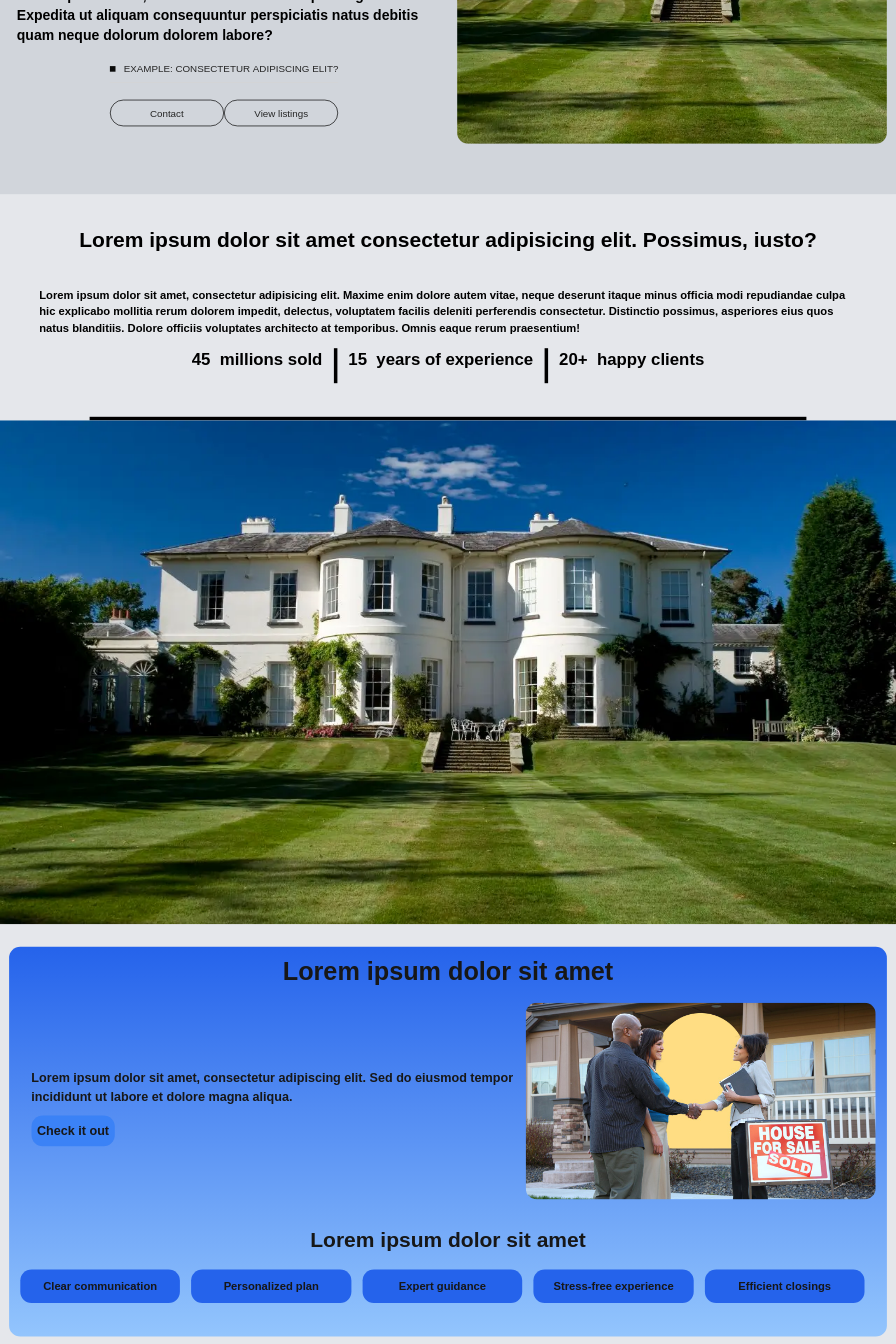
Repository: TMuse333/single-page-real-estate
Page: / (app in frontend/)
An editor plug-in stored every save of this project. The page is shown before and after the next save, followed by the edit.
The browser window is 1280 px wide. The pictures show the part of the page from y = 378 to 2298 px (the page is 6112 px tall), at 70% of full size.
The project was rebuilt for these pictures with package versions that can differ from the ones it lists, and the page was loaded fresh each time. The framework's server and built-in components were replaced by stand-ins that run in the browser. Also part of the build but not shown: frontend/next.config.mjs.

Above is the page before, as saved 2024-12-05 15:56:53.

### frontend/src/app/layout.tsx
import { ContextProvider } from "@/context/context";
import type { Metadata } from "next";
import localFont from "next/font/local";
import "./globals.css";

const geistSans = localFont({
  src: "./fonts/GeistVF.woff",
  variable: "--font-geist-sans",
  weight: "100 900",
});
const geistMono = localFont({
  src: "./fonts/GeistMonoVF.woff",
  variable: "--font-geist-mono",
  weight: "100 900",
});

export const metadata: Metadata = {
  title: "Bonnie Hutchins",
  description: "A sample website for Bonnie Hutchins",
};

export default function RootLayout({
  children,
}: Readonly<{
  children: React.ReactNode;
}>) {
  return (
    <html lang="en">
      <ContextProvider>


      <body
        className={`${geistSans.variable} ${geistMono.variable} antialiased`}
      >
        {children}
      </body>
      </ContextProvider>
    </html>
  );
}

### frontend/src/app/page.tsx
"use client"


import AuroraHero from "../components/auroraHero/auroraHero";
import CountUpStats from "../components/countUpStats/countUpStats";
import ExperienceCard from "../components/experienceCard/experienceCard";
import { experienceCard1, experienceCard2 ,experienceCard3,
 displayBox1, displayBox2,blogData, closingStatement, contactCard} from "@/data/data";
// import ImageTextBox from "./components/imageTextBox/imageTextBox";
import DisplayBoxes from "../components/displayBox/displayBox";
import Testimonials from "../components/testimonials/testimonials";
import ScrollCarousel from "../components/scrollCarousel/scrollCarousel";
import Closer from "../components/closer/closer";
import BigNav from "../components/navbar/bigNav";
import Footer2 from "../components/footer/footer";
import ContactCard from "../components/contactCard/contactCard";
import Herobanner from "@/components/herobanner/herobanner";
import home from '../../public/home.webp'
import ScaleImage from "@/components/scaleImage/scaleImage";
export default function Home() {
  return (
    <>

   <main className="relative w-screen overflow-x-hidden
   bg-gray-200 ">
   <BigNav
    excludedLink=""
    />
    {/* <AuroraHero/> */}
    <Herobanner/>
    <CountUpStats
    number1="45"
    number2="15.5"
    number3="20"/>

    <ScaleImage
    src={home.src}
    alt={'slat'}
    />

{/* <ExperienceCard
    {...experienceCard2}
    />

    <DisplayBoxes
    data={displayBox1}
    /> */}



<ExperienceCard
    {...experienceCard3}
    />



    <DisplayBoxes
    data={displayBox2}
    />

  <ExperienceCard
    {...experienceCard1}
    />

    <Testimonials/>

    <ScrollCarousel
    images={blogData}
    bgImage
    />



    <Closer
    {...closingStatement}
    />

<ContactCard
    {...contactCard}
    />

    <Footer2
    excludedLink=""
    />


   </main>
   </>
  );
}

### frontend/src/context/context.tsx
"use client"

import React, { createContext, useState, useContext, ReactNode, useEffect } from 'react';

// Define the type for the context value
interface GeneralContextType {

  isMobile: boolean;
  setIsMobile: React.Dispatch<React.SetStateAction<boolean>>;
  heroInView: boolean;
  setHeroInView: React.Dispatch<React.SetStateAction<boolean>>;


}

// Create the context
export const GeneralContext = createContext<GeneralContextType | undefined>(undefined);

// Create a provider component
export const ContextProvider: React.FC<{ children: ReactNode }> = ({ children }) => {
  // Initialize the value state


  // Detect mobile devices
  const [isMobile, setIsMobile] = useState<boolean>(true);

const [heroInView, setHeroInView] = useState(true)





  useEffect(() => {
    const handleScroll = () => {
      if (typeof window !== 'undefined') {
        setIsMobile(window.innerWidth <= 865);
      }
    };

    if (typeof window !== 'undefined') {
      window.addEventListener('scroll', handleScroll);
      handleScroll(); // Initial check
    }

    return () => {
      if (typeof window !== 'undefined') {
        window.removeEventListener('scroll', handleScroll);
      }
    };
  }, []);


  useEffect(() => {
    console.log('is mobile', isMobile);
  }, [isMobile]);

  const contextValue = {

    isMobile,
    setIsMobile,
    heroInView, setHeroInView

  };

  return <GeneralContext.Provider value={contextValue}>{children}</GeneralContext.Provider>;
};

export const useGeneralContext = (): GeneralContextType => {
  const context = useContext(GeneralContext);
  if (!context) {
    throw new Error('useGeneralContext must be used within a ContextProvider');
  }
  return context;
};

### frontend/src/components/countUpStats/countUpStats.tsx
"use client"
import React, {useRef} from "react";
import CountUp from "react-countup";
import { useInView} from 'framer-motion'

interface Props {
  number1: string;
  number2: string;
  number3: string;
}

const CountUpStats: React.FC<Props> = ({ number1, number2, number3 }) => {

    const ref = useRef(null)
    const inView = useInView(ref,{
        once:true
    })
  return (
    <>
    <section   ref={ref}
    className="mx-auto w-screen max-w-[1200px]
    text-black">
         <h2 className="text-center px-4 font-bold text-2xl sm:text-3xl
         my-12">Lorem ipsum dolor sit amet consectetur adipisicing elit. Possimus, iusto?</h2>
         <p className="font-semibold px-4">
            Lorem ipsum dolor sit amet, consectetur adipisicing elit. Maxime enim dolore autem vitae, neque deserunt itaque minus officia modi repudiandae culpa hic explicabo mollitia rerum dolorem impedit, delectus, voluptatem facilis deleniti perferendis consectetur. Distinctio possimus, asperiores eius quos natus blanditiis. Dolore officiis voluptates architecto at temporibus. Omnis eaque rerum praesentium!
         </p>

    <section

      className="flex mx-auto flex-col justify-center items-center mt-4
      md:flex-row font-semibold"
    >

      {/* Number 1 */}
      <div className="text-2xl mb-6 flex flex-col
      justify-center md:flex-row items-start ">
        <CountUp start={0}
          end={inView ? parseInt(number1) : 0}
         duration={2} />
         &nbsp; millions sold
         <div className="w-[50vw] h-[5px] bg-black mb-6
      md:h-[50px] md:w-[5px] mx-4 " />
      </div>

      {/* Divider */}


      {/* Number 2 */}
      <div className="text-2xl mb-6 flex flex-col
      justify-center md:flex-row items-start ">
        <CountUp start={0}
          end={inView ? parseInt(number2) : 0}
         duration={2} />
         &nbsp; years of experience
         <div className="w-[50vw] h-[5px] bg-black mb-6
      md:h-[50px] md:w-[5px] mx-4 " />
      </div>

      {/* Number 3 */}
      <div className="text-2xl mb-6 flex flex-col
      justify-center md:flex-row items-start mb-auto">
        <CountUp start={0}
          end={inView ? parseInt(number3) : 0}
         duration={2} />
         +&nbsp; happy clients

      </div>
    </section>
    </section>

    <div className="w-[80vw] max-w-[1200px]
    mx-auto h-[5px] bg-black"
    />

    </>
  );
};

export default CountUpStats;

### frontend/src/components/displayBox/displayBox.tsx
import React from "react";
import Image from 'next/image'
import Link from "next/link";


interface ElementProps {
    title:string,
    src:string,
    alt:string,
    description:string,
    buttonText:string,
    destination:string
}

const Element:React.FC<ElementProps> = ({
    title,src,alt,description,buttonText,
    destination
}) => {

    return (
        <section className="w-[90vw] mx-auto flex
        mt-2
        flex-col justify-center items-center relative

        sm:w-[45vw] max-w-[500px] mb-8">
            <h2 className="text-white text-center
            text-2xl mb-4 font-semibold">{title}</h2>
            <Image
            src={src}
            alt={alt}
            width={600}
            height={1300}
            className='w-[40vw]  h-[20vw]
            max-h-[150px] mx-auto object-contain
            max-w-[200px] bg-gray-300 rounded-2xl'
            />
            <p className="text-white my-4 font-semibold">{description}</p>
            <button className="bg-[#00bfff]
            p-2 rounded-2xl text-white">
                <Link href={destination}>
                    {buttonText}
                </Link>
            </button>


        </section>

    )
}

interface DisplayBoxProps {
    data:ElementProps[]
}

    const DisplayBoxes:React.FC<DisplayBoxProps> = ({
        data
    }) => {

        return (
            <section className="w-screen relative
            bg-gradient-to-b from-blue-400 to-blue-300 "
            >


            <section className="flex flex-col
            sm:grid grid-cols-2 justify-center
            items-center max-w-[1200px]
            mx-auto bg-gradient-to-b from-blue-400 to-blue-300
             pt-5">
                <div className="absolute
                top-1/2 w-full
                 sm:top-0
                left-1/2 -translate-x-1/2 h-[5px]
                 md:h-full
                sm:w-[5px] bg-white"/>
                {data.map((data, index) => (
                    <Element
                    {...data}
                    key={index}
                    />
                ))}
            </section>
            </section>

        )
    }


    export default DisplayBoxes

### frontend/src/components/closer/closer.tsx
"use client"

import React, { useRef} from "react";
import Link from "next/link";
import {motion, useInView} from 'framer-motion'
import Image from "next/image";


interface Props {
    image:string,
    title:string,
    description:string,
    buttonText:string,
    destination:string

}

const Closer: React.FC<Props> = ({image,title,description,
destination,buttonText}) => {

    const ref = useRef(null)

    const inView = useInView(ref,{
        once:true
    })

      const variants = {
        initial:{
            opacity:0,
            x:-100
        },
        animate:{
            x:0,
            opacity:1,
            transition:{
                opacity:{
                    duration:0.5
                }
            }
        }

      }

      const textVariants = {
        initial:{
            y:-20,
            opacity:0
        },
        animate:{
            opacity:1,
            y:0,
            transition:{
                delay:0.5
            }
        }
      }

    return (
        <motion.section ref={ref}

        className={`w-screen text-white h-[600px]
        relative flex flex-col items-center justify-center
        bg-center
        `}
        variants={variants}
        initial='initial'
        animate={inView ? 'animate' : 'initial'}
        >
            <Image src={image}
            alt="A background image of cash to signifies how you cash sell your houses fast for cash with ontario cash for houses"
            className='absolute w-full h-full
            object-cover'
                style={{
                    filter:'brightness(0.6)'
                }}
                width={600}
                height={1300}
            />

            <motion.div className="-mt-12 relative z-[4]"
              variants={textVariants}
              initial='initial'
              animate={inView ? 'animate' : 'initial'}>
            <motion.h4

            className="pl-4 text-3xl  ">{title}
            </motion.h4>

            <p className="mt-4 text-left pl-4 pr-4
            max-w-[800px] sm:text-xl ">{description}</p>

            <Link href={destination}
            passHref>
                <button className="mt-6 text-black
                bg-white ml-4 hover:bg-blue-500
                transition-all hover:text-white
                hover:scale-[1.05] p-3
                rounded-xl">
                {buttonText}
                </button>
            </Link>
            </motion.div>
        </motion.section>
    )
}

export default Closer

### frontend/src/components/contactCard/contactCard.tsx
import Image from "next/image";
import Link from "next/link";
import React from "react";



interface Props {
    src:string,
    alt:string,
    name:string,
    title:string
    description:string,
    quote:string
    phone:string,
    email:string,
    socials:{
        src:string,
        destination:string,
        alt:string
    }[]
}


const ContactCard:React.FC<Props> = ({
    src,alt,name,
    phone,email,socials,title,quote
}) => {


    return (
        <section className="mx-auto flex flex-col
        md:flex-row max-w-[1200px] my-12">
            <section className="text-center
            md:w-[33vw] max-w-[400px]">
                <h3 className="mb-2 font-bold
                text-3xl">{name}</h3>
                <h4 className="mb-2 font-semibold
                whitespace-pre-line">{title}</h4>
                <p className="mb-2 px-4">{quote}</p>
            </section>
            <section className="md:w-[33vw] max-w-[400px]">
                <Image
                src={src}
                alt={alt}
                className='w-[70vw]
                object-contain mx-auto
                max-w-[200px] hax-h-[250px]'
                width={600}
                height={1300}
                />
            </section>
            <section className="text-center  md:w-[33vw] max-w-[400px]">
                <h3 className="mb-2 text-2xl font-semibold">Contact Information</h3>
                <p className="mb-2 font-semibold">{phone}</p>
                <p className="mb-2 font-semibold whitespace-pre-line

                leading-6">{email}</p>
                {/* <ul className="flex items-center w-full
                ">
                    {socials.map((social,index)=>(
                        <li className="mx-auto"
                        key={index}
                        >
                            <Image
                            src={social.src}
                            alt={social.alt}
                            className='w-[100px]
                            object-contain'
                            width={600}
                            height={1300}
                            />
                            <Link
                            href={social.destination}
                            />
                        </li>
                    ))}
                </ul> */}
            </section>

        </section>
    )
}

export default ContactCard

### frontend/src/components/herobanner/herobanner.tsx
import Image from "next/image";
// import Link from "next/link";
import React from "react";
// import tom from '../../../public/thomas-full-body-1-nogb.png'
// import full from '../../../public/smile-tom.png'
import side from '../../../public/placeholder.png'
import home from '../../../public/home.webp'
import { TypeWriter } from "../typeWriter/typeWriter";
// import half from '../../../public/smiley-tom-half.png'
const Herobanner = () => {

    return (


       <header className="flex flex-col md:flex-row
       md:h-screen relative items-center
       mx-auto max-w-[2200px] text-black
       md:mt-[-4rem]  bg-gray-300"
    //    style={{
    //     background: 'radial-gradient(circle, #00bfff -150%, rgba(0, 191, 255, 0%) 80%)'
    //   }}
      >

        <section className="flex flex-col
        md:w-[50vw] justify-center
        items-center bg-gray-300 py-4">
             <h2 className="mx-auto p-3
             text-center
           text-lg mt-4 font-semibold ">
           Lorem ipsum, dolor sit amet consectetur adipisicing.

            </h2>


            <Image
            src={side}


            height={600}
            width={1300}
            alt='A full body image of Thomas Musial'
            className="w-[80vw] h-[20vh] object-contain mx-auto
           rounded-full bg-gray-600 sm:bg-transparent

            "
            />
            <h1 className="font-semibold
            text-5xl sm:text-6xl md:text-7xl
             mt-4 text-center md:text-start md:pl-6">John doe</h1>
            <p className="mx-auto p-6 font-semibold
            text-xl">
              Lorem ipsum dolor, sit amet consectetur adipisicing elit. Expedita ut aliquam consequuntur perspiciatis natus debitis quam neque dolorum dolorem labore?
            </p>
            <TypeWriter
            />
            {/* <section className="flex mr-auto ml-6">
                <button className="bg-[#00bfff] p-3
                rounded-2xl mr-6">Contact</button>
                <button className="bg-[#00bfff] p-3
                rounded-2xl mr-6">View listings</button>
            </section> */}
            </section>

            <Image
            src={home}


            height={600}
            width={1300}
            alt='A full body image of Thomas Musial'
            className="w-[98vw] md:w-[48vw]  rounded-2xl  object-cover mx-auto
 bg-gray-300  md:block h-[80vh] mt-auto mb-auto


            "
            />






       </header>
    )
}

export default Herobanner

### frontend/src/components/scaleImage/scaleImage.tsx
import Image from "next/image";
import React, { useRef } from "react";
import { motion, useInView, useTransform, useScroll } from "framer-motion";

interface Props {
  src: string;
  alt: string;
}

const ScaleImage: React.FC<Props> = ({ src, alt }) => {
  const ref = useRef(null); // Ref for detecting the viewport visibility
  const isInView = useInView(ref, { margin: "-50%" }); // Trigger when at least 50% of the element is in view

  const { scrollYProgress } = useScroll({
    target: ref,
    offset: ["start end", "end start"], // Start animating when it enters and ends when it leaves
  });

  // Scale from 20vw by 20vw to full width/height
  const scale = useTransform(scrollYProgress, [0.3, 0.45], [0.2, 1]);

  return (
    <section
      ref={ref}
      className="relative w-screen h-screen overflow-hidden"
    >
      <motion.div
        style={{
          scale, // Bind the scale transform to the scroll progress
        }}
        className="absolute w-full h-full "
      >
        <Image
          src={src}
          alt={alt}
          className="object-cover w-full h-full"
          width={600}
          height={1300}
        />
      </motion.div>
    </section>
  );
};

export default ScaleImage;

Loaded but not shown: frontend/src/app/globals.css (common file); frontend/tailwind.config.ts (common file); frontend/src/components/navbar/bigNav.tsx (512 lines, source omitted); frontend/src/components/experienceCard/experienceCard.tsx (191 lines, source omitted); frontend/src/data/data.ts (173 lines, source omitted); frontend/src/components/testimonials/testimonials.tsx (127 lines, source omitted); frontend/src/components/scrollCarousel/scrollCarousel.tsx (161 lines, source omitted); frontend/src/components/footer/footer.tsx (178 lines, source omitted); frontend/src/components/typeWriter/typeWriter.tsx (129 lines, source omitted); frontend/src/components/slidingText/slidingText.tsx (85 lines, source omitted)

After the next save:
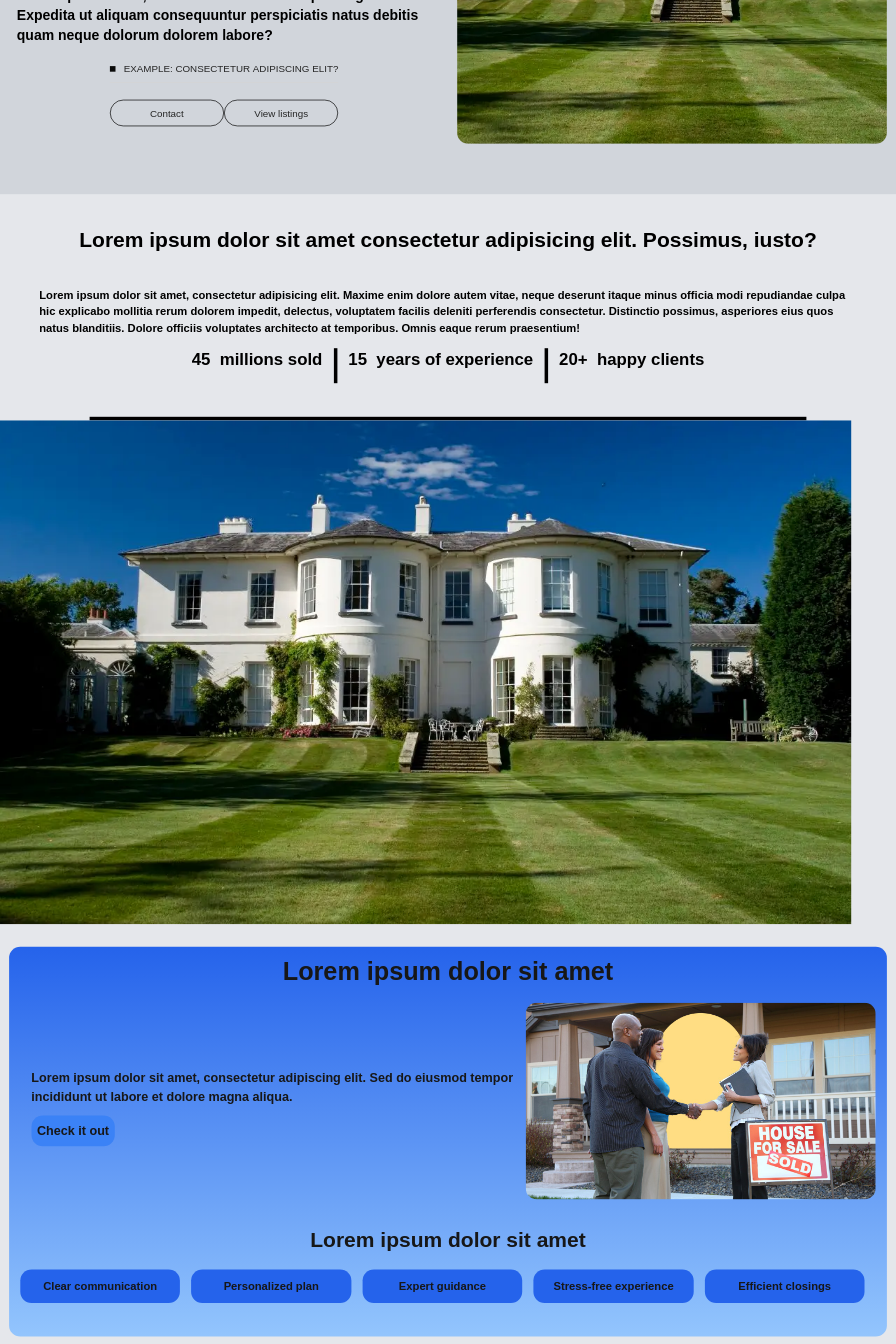
Saved 11 min 38 s later.
--- a/frontend/src/components/scaleImage/scaleImage.tsx
+++ b/frontend/src/components/scaleImage/scaleImage.tsx
@@ -28,7 +28,7 @@
         style={{
           scale, // Bind the scale transform to the scroll progress
         }}
-        className="absolute w-full h-full "
+        className="absolute w-[95vw] h-full "
       >
         <Image
           src={src}

After the 5 saves that followed:
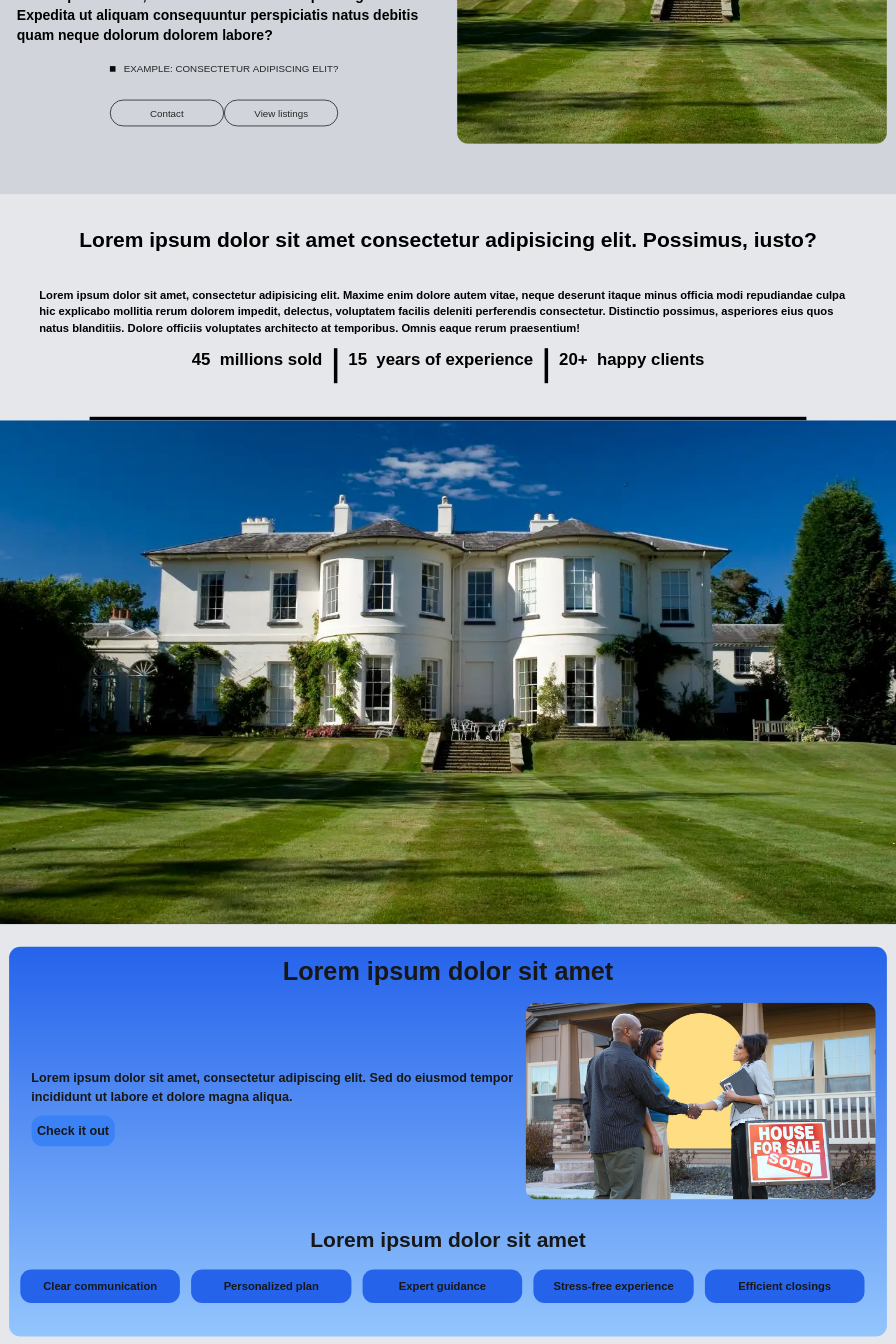
The 5 saves are shown as one change because 3 left the picture as it was and some came seconds apart.
The last was saved 43 s later.
--- a/frontend/src/components/scaleImage/scaleImage.tsx
+++ b/frontend/src/components/scaleImage/scaleImage.tsx
@@ -28,7 +28,7 @@
         style={{
           scale, // Bind the scale transform to the scroll progress
         }}
-        className="absolute w-[95vw] h-full "
+        className="absolute w-full h-full "
       >
         <Image
           src={src}
